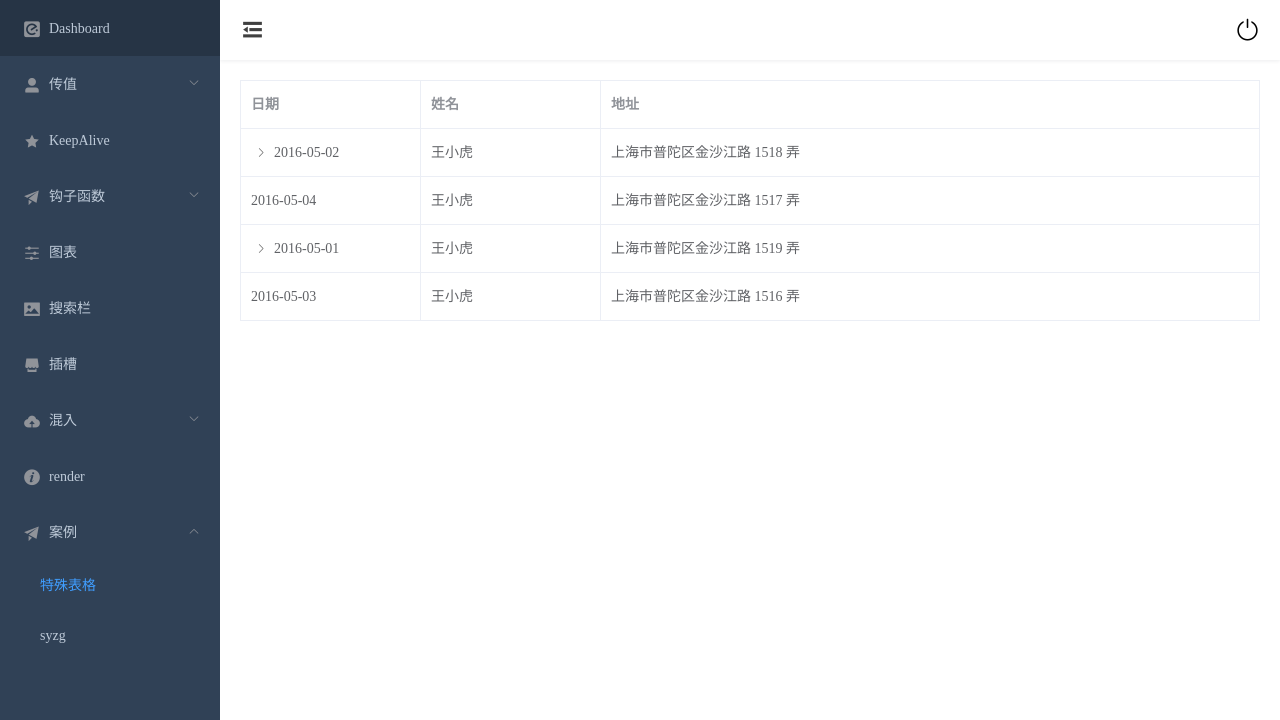
Repository: mrji0517/studyJs
Page: /instance/tableSpecail
The author's editor kept a copy of each file at every save. The page is drawn from the files as they stood at one save, then again after the next save.
The browser window is 1280 px wide. The pictures show the whole page.
The project was rebuilt for these pictures with package versions that can differ from the ones it lists, and the page was loaded fresh each time. Also part of the build but not shown: vue.config.js.

Above is the page before, as saved 2021-07-09 17:56:25.

### public/index.html
<!DOCTYPE html>
<html lang="">
  <head>
    <meta charset="utf-8">
    <meta http-equiv="X-UA-Compatible" content="IE=edge">
    <meta name="viewport" content="width=device-width,initial-scale=1.0">
    <link rel="icon" href="<%= BASE_URL %>favicon.ico">
    <title>Vue学习笔记</title>
  </head>
  <body>
    <noscript>
      <strong>We're sorry but <%= htmlWebpackPlugin.options.title %> doesn't work properly without JavaScript enabled. Please enable it to continue.</strong>
    </noscript>
    <div id="app"></div>
    <!-- built files will be auto injected -->
  </body>
</html>

### src/main.js
import Vue from 'vue'
import App from './App.vue'
import router from './router';
import store from './store';
import ElementUI from 'element-ui';
import 'element-ui/lib/theme-chalk/index.css';
import '@/scss/reset.scss';
import * as echarts from 'echarts';
import China from '@/assets/map/china.json';

Vue.use(ElementUI);

Vue.config.productionTip = false;
echarts.registerMap('china', China);
Vue.prototype.$echarts = echarts;

new Vue({
    render: h => h(App),
    router,
    store
}).$mount('#app')

### src/App.vue
<template>
  <div id="app">
    <router-view/>
  </div>
</template>

<script>

export default {
  name: 'App',
  components: {}
}
</script>

<style lang="scss">
html, body {
  width: 100%;
  height: 100%;

  #app {
    width: 100%;
    height: 100%;
    overflow: hidden;
  }
}
</style>

### src/router/index.js
import Vue from 'vue';
import VueRouter from 'vue-router';

Vue.use(VueRouter);
import Layout from '@/views/layout/index'

export const routes = [{
        path: '/login',
        name: 'Login',
        meta: {
            title: '登录',
            hide: true
        },
        component: () => import('@/views/login/login')
    },
    {
        path: '/',
        redirect: '/dashboard',
        meta: {
            title: '主页',
            hide: true
        },
    },
    {
        path: '/dashboard',
        meta: {
            icon: 'el-icon-platform-eleme',
            title: '主页',
        },
        component: Layout,
        children: [{
            path: '',
            name: 'dashboard',
            meta: {
                icon: 'el-icon-platform-eleme',
                title: 'Dashboard',
            },
            component: () => import('@/views/dashboard/dashboard')
        }]
    },
    {
        path: '/valueTransfer',
        redirect: '/valueTransfer/parentToChildren',
        meta: {
            icon: 'el-icon-user-solid',
            title: '传值',
        },
        component: Layout,
        children: [{
                path: 'parentToChildren',
                name: 'ParentToChildren',
                meta: {
                    title: '父传子',
                },
                component: () => import('@/views/valueTransfer/parentToChildren')
            },
            {
                path: 'childrenToParent',
                name: 'ChildrenToParent',
                meta: {
                    title: '子传父',
                },
                component: () => import('@/views/valueTransfer/childrenToParent')
            },
            {
                path: 'brotherToBrother',
                name: 'BrotherToBrother',
                meta: {
                    title: '兄弟传值',
                },
                component: () => import('@/views/valueTransfer/brotherToBrother')
            },
            {
                path: 'Provide',
                name: 'Provide',
                meta: {
                    title: 'provide/inject',
                },
                component: () => import('@/views/valueTransfer/provide')
            },
            {
                path: 'Vuex',
                name: 'Vuex',
                meta: {
                    title: 'Vuex传值',
                },
                component: () => import('@/views/valueTransfer/vuexTransfer')
            }
        ]
    },
    {
        path: '/keepAlive',
        meta: {
            title: '路由缓存',
            icon: 'el-icon-star-on'
        },
        component: Layout,
        children: [{
            path: '',
            name: 'KeepAlive',
            meta: {
                title: 'KeepAlive',
                icon: 'el-icon-star-on',
                keepAlive: true
            },
            component: () => import('@/views/keepAlive/keepAlive')
        }]
    },
    {
        path: '/hookFn',
        redirect: '/hookFn/life',
        meta: {
            title: '钩子函数',
            icon: 'el-icon-s-promotion'
        },
        component: Layout,
        children: [{
                path: 'life',
                name: 'Life',
                meta: {
                    title: '生命周期钩子',
                },
                component: () => import('@/views/hookFn/life')
            },
            {
                path: 'routing',
                name: 'Routing',
                meta: {
                    title: '路由钩子',
                },
                component: () => import('@/views/hookFn/routing')
            },
        ]
    },
    {
        path: '/chart',
        meta: {
            title: 'Chart',
            icon: 'el-icon-s-operation'
        },
        component: Layout,
        children: [{
            path: '',
            name: 'Bridge',
            meta: {
                title: '图表',
                icon: 'el-icon-s-operation'
            },
            component: () => import('@/views/chart/chart')
        }]
    },
    {
        path: '/search',
        meta: {
            title: '搜索栏',
            icon: 'el-icon-picture'
        },
        component: Layout,
        children: [{
            path: '',
            name: 'Search',
            meta: {
                title: '搜索栏',
                icon: 'el-icon-picture'
            },
            component: () => import('@/views/search/search')
        }]
    },
    {
        path: '/hole',
        meta: {
            title: '插槽',
            icon: 'el-icon-s-shop'
        },
        component: Layout,
        children: [{
            path: '',
            name: 'Hole',
            meta: {
                title: '插槽',
                icon: 'el-icon-s-shop'
            },
            component: () => import('@/views/hole/hole')
        }]
    },
    {
        path: '/mix',
        meta: {
            title: '混入',
            icon: 'el-icon-upload'
        },
        component: Layout,
        children: [{
                path: 'example1',
                name: 'Example1',
                meta: {
                    title: '组件1'
                },
                component: () => import('@/views/mix/example1')
            },
            {
                path: 'example2',
                name: 'Example2',
                meta: {
                    title: '组件2'
                },
                component: () => import('@/views/mix/example2')
            }
        ]
    },
    {
        path: '/render',
        meta: {
            title: 'render函数',
            icon: 'el-icon-info'
        },
        component: Layout,
        children: [{
            path: '',
            name: 'Render',
            meta: {
                title: 'render',
                icon: 'el-icon-info'
            },
            component: () => import('@/views/render/render')
        }]
    },
    {
        path: '/instance',
        meta: {
            icon: 'el-icon-s-promotion',
            title: '案例',
        },
        component: Layout,
        children: [{
            path: 'tableSpecail',
            name: 'tableSpecail',
            meta: {
                title: '特殊表格',
            },
            component: () => import('../views/instance/adidas/tableSpecail.vue')
        }, {
            path: 'syzg',
            name: 'syzg',
            meta: {
                title: 'syzg',
            },
            component: () => import('../views/instance/syzg/map.vue')
        }]
    },
]
const router = new VueRouter({
    mode: 'history',
    routes
})
export default router;

### src/store/index.js
import Vue from 'vue';
import Vuex from 'vuex';
import menu from './modules/menu';
import transfer from './modules/transfer';
import getters from './getters';

Vue.use(Vuex);

const store = new Vuex.Store({
    modules: {
        menu,
        transfer
    },
    getters
});
export default store;

### src/scss/reset.scss
html, body, div, span, applet, object, iframe,
h1, h2, h3, h4, h5, h6, p, blockquote, pre,
a, abbr, acronym, address, big, cite, code,
del, dfn, em, img, ins, kbd, q, s, samp,
small, strike, strong, sub, sup, tt, var,
b, u, i, center,
dl, dt, dd, ol, ul, li,
fieldset, form, label, legend,
table, caption, tbody, tfoot, thead, tr, th, td,
article, aside, canvas, details, embed,
figure, figcaption, footer, header, hgroup,
menu, nav, output, ruby, section, summary,
time, mark, audio, video {
  margin: 0;
  padding: 0;
  border: 0;
  //font-size: 100%;
  //font: inherit;
  vertical-align: baseline;
  box-sizing: border-box;
  text-decoration: none;
}

/* HTML5 display-role reset for older browsers */
article, aside, details, figcaption, figure,
footer, header, hgroup, menu, nav, section {
  display: block;
}

body {
  line-height: 1;
}

ol, ul {
  list-style: none;
}

blockquote, q {
  quotes: none;
}

blockquote:before, blockquote:after,
q:before, q:after {
  content: '';
  content: none;
}

table {
  border-collapse: collapse;
  border-spacing: 0;
}

// 全局修改element-ui 样式
.el-scrollbar__wrap {
  overflow-x: hidden;
}

.el-dialog__header {
  cursor: move;
}
.el-scrollbar__view{
  width: 100%;
  height: 100%;
}

### src/views/layout/index.vue
<template>
  <el-container>
    <SideBar />
    <el-container>
      <el-header>
        <div class="hamburger" @click="isCollapseMenu">
          <i class="el-icon-s-unfold" v-if="flag"></i>
          <i class="el-icon-s-fold" v-else></i>
        </div>
        <div class="logout" @click="logout">
          <i class="el-icon-switch-button"></i>
        </div>
      </el-header>
      <el-scrollbar style="height: 100%">
        <el-main>
          <transition name="fade-transform" mode="out-in">
            <keep-alive :include="alives">
              <router-view :key="$route.fullPath" />
            </keep-alive>
          </transition>
        </el-main>
      </el-scrollbar>
    </el-container>
  </el-container>
</template>

<script>
import SideBar from "./components/sideBar";
import { mapMutations } from "vuex";

export default {
  name: "index",
  components: {
    SideBar,
  },
  data() {
    return {
      flag: false,
      alives: ["keepAlive"],
    };
  },
  methods: {
    ...mapMutations({
      updateCollapse: "menu/UPDATE_ISCOLLAPSE",
    }),
    isCollapseMenu() {
      this.flag = !this.flag;
      this.updateCollapse(this.flag);
    },
    logout() {
      this.$router.replace("/login");
    },
  },
};
</script>

<style lang="scss" scoped>
.el-container {
  height: 100%;
  .el-header {
    height: 50px;
    box-shadow: 0 1px 4px rgb(0 21 41 / 8%);
    display: flex;
    align-items: center;
    justify-content: space-between;

    .hamburger {
      display: inline-block;
      font-size: 25px;
      cursor: pointer;
      color: #404040;
    }

    .logout {
      font-size: 25px;
      cursor: pointer;

      &:hover {
        color: #f56c6c;
      }

      &:active {
        transform: translateY(2px);
      }
    }
  }
  .el-main{
    width: 100%;
    height: 100%;
    overflow: hidden;
  }
  .fade-transform-leave-active,
  .fade-transform-enter-active {
    transition: all 0.5s;
  }

  .fade-transform-enter {
    opacity: 0;
    transform: translateX(-30px);
  }

  .fade-transform-leave-to {
    opacity: 0;
    transform: translateX(30px);
  }
}
</style>

### src/views/instance/adidas/tableSpecail.vue
<template>
  <el-table
    :data="tableData"
    style="width: 100%"
    row-key="id"
    border
    lazy
    :load="load"
    :tree-props="{ children: 'children', hasChildren: 'hasChildren' }"
  >
    <el-table-column prop="date" label="日期" width="180"> </el-table-column>
    <el-table-column prop="name" label="姓名" width="180"> </el-table-column>
    <el-table-column prop="address" label="地址"> </el-table-column>
  </el-table>
</template>

<script>
export default {
  name: "tableSpeacail",
  data() {
    return {
      tableData: [
        {
          id: 1,
          date: "2016-05-02",
          name: "王小虎",
          address: "上海市普陀区金沙江路 1518 弄",
          hasChildren: true,
        },
        {
          id: 2,
          date: "2016-05-04",
          name: "王小虎",
          address: "上海市普陀区金沙江路 1517 弄",
        },
        {
          id: 3,
          date: "2016-05-01",
          name: "王小虎",
          address: "上海市普陀区金沙江路 1519 弄",
          hasChildren: true,
        },
        {
          id: 4,
          date: "2016-05-03",
          name: "王小虎",
          address: "上海市普陀区金沙江路 1516 弄",
        },
      ],
    };
  },
  methods: {
    load(tree, treeNode, resolve) {
      let content;
      if (tree.id == 1) {
        content = [
          {
            id: 11,
            date: "2016-05-01",
            name: "alex",
            address: "上海市普陀区金沙江路 1519 弄",
          },
          {
            id: 12,
            date: "2016-05-01",
            name: "alex",
            address: "上海市普陀区金沙江路 1519 弄",
          },
        ];
      } else {
        content = [
          {
            id: 31,
            date: "2016-05-01",
            name: "blex",
            address: "上海市普陀区金沙江路 1519 弄",
          },
          {
            id: 32,
            date: "2016-05-01",
            name: "blex",
            address: "上海市普陀区金沙江路 1519 弄",
          },
        ];
      }
      setTimeout(() => {
        resolve(content);
      }, 1000);
    },
  },
};
</script>

<style>
</style>

### src/store/modules/menu.js
export default {
    namespaced: true,
    state: {
        isCollapse: false
    },
    mutations: {
        UPDATE_ISCOLLAPSE: (state, bool) => {
            state.isCollapse = bool;
        }
    },
    actions: {}
}

### src/store/modules/transfer.js
export default {
    namespaced: true,
    state: {
        val: 'Hello World!!!'
    },
    mutations: {
        UPDATE_VAL: (state, str) => {
            state.val = str;
        }
    },
    actions: {}
}

### src/store/getters.js
const getters = {
    isCollapse: state => state.menu.isCollapse,
    val: state => state.transfer.val,
}
export default getters;

### src/views/layout/components/sideBar.vue
<template>
  <el-scrollbar>
    <el-menu class="el-menu-vertical-demo"
             background-color="#304156"
             text-color="#bfcbd9"
             :collapse="isCollapse"
             :default-active="activeIndex"
    >
      <sideItem
          v-for="(route,index) in routeData"
          :key="index"
          :item="route"
          :basePath="route.path"
      ></sideItem>
    </el-menu>
  </el-scrollbar>
</template>

<script>
import {routes} from '@/router/index';
import sideItem from "@/views/layout/components/sideItem";
import {mapGetters} from 'vuex';

export default {
  name: "sideBar",
  components: {
    sideItem
  },
  data() {
    return {
      routeData: routes,
      activeIndex: this.$route.path
    }
  },
  computed: {
    ...mapGetters(['isCollapse'])
  },
}
</script>

<style lang="scss" scoped>
.el-scrollbar {
  height: 100%;
  background: #304156;

  .el-menu {
    border: none;
  }

  .el-menu-vertical-demo:not(.el-menu--collapse) {
    width: 220px;
    min-height: 400px;
    overflow-x: hidden;
  }

  /*隐藏文字*/
  ::v-deep .el-menu--collapse .el-submenu__title span {
    display: none;
  }

  /*隐藏 > */
  ::v-deep .el-menu--collapse .el-submenu__title .el-submenu__icon-arrow {
    display: none;
  }
}
</style>

### src/views/layout/components/sideItem.vue
<template>
  <div v-if="!item.meta.hide">
    <template v-if="hasOneShowingChild(item.children, item)">
      <router-link :to="resolvePath(oneChild)">
        <el-menu-item :index="resolvePath(oneChild)">
          <i :class="oneChild.meta.icon"></i>
          <span slot="title">{{ oneChild.meta.title }}</span>
        </el-menu-item>
      </router-link>
    </template>
    <el-submenu v-else :index="item.path">
      <template slot="title">
        <i :class="item.meta.icon"></i>
        <span slot="title">{{ item.meta.title }}</span>
      </template>
      <sideItem
          v-for="child in item.children"
          :key="child.path"
          :item="child"
          :base-path="resolvePath(child)"
      />
    </el-submenu>
  </div>
</template>

<script>
import path from "path";

export default {
  name: "sideItem",
  props: {
    item: Object,
    basePath: String,
  },
  data() {
    return {
      oneChild: {}
    }
  },
  methods: {
    hasOneShowingChild(child = [], parent) {
      // 筛选出不隐藏的子菜单
      const showingChild = child.filter(x => {
        if (x.meta.hide) {
          return false;
        } else {
          this.oneChild = x;
          return true;
        }
      });
      if (showingChild.length === 1) {
        return true;
      }
      if (showingChild.length === 0) {
        this.oneChild = {...parent, path: '', noShowingChildren: true}
        return true;
      }
      return false;
    },
    /**
     * 将子菜单path解析成绝对路径
     * @param childPath
     * @returns {string}
     */
    resolvePath(child) {
      return path.resolve(this.basePath, child.path);
    }
  }
}
</script>

<style lang="scss" scoped>

</style>

Loaded but not shown: src/assets/map/china.json (1 lines, source omitted)

After the next save:
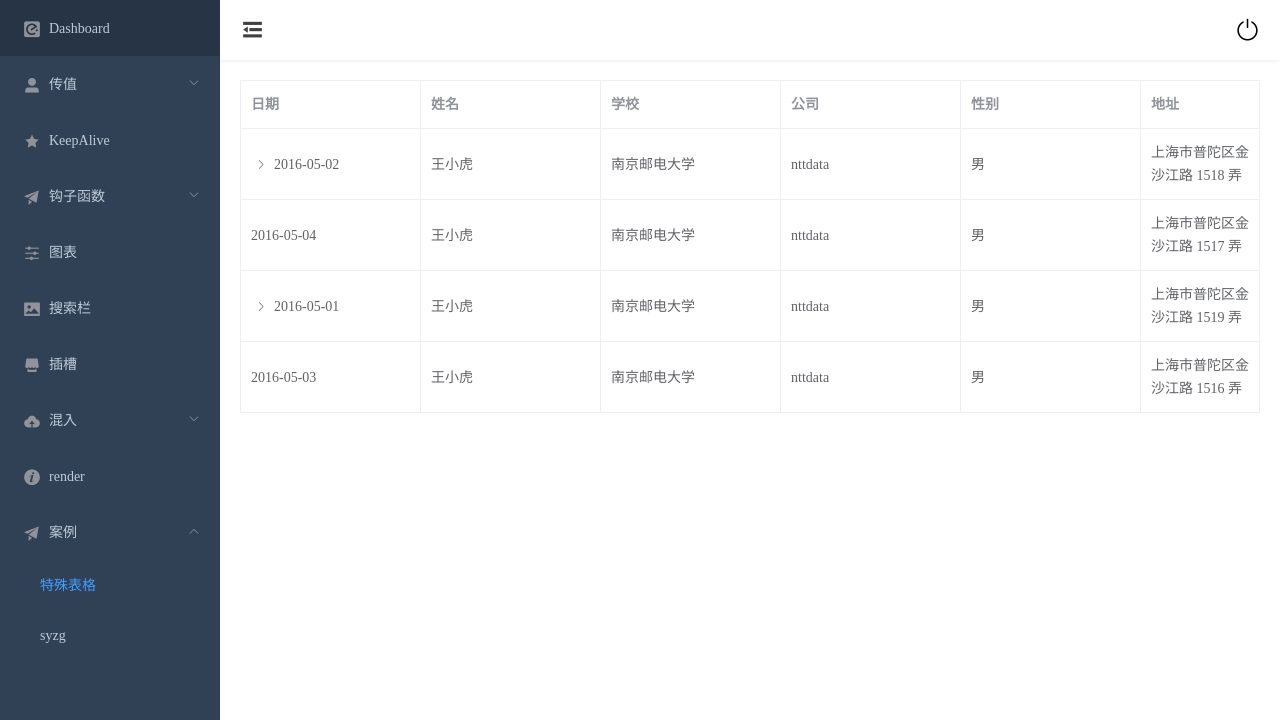
Saved 3 min 26 s later.
--- a/src/views/instance/adidas/tableSpecail.vue
+++ b/src/views/instance/adidas/tableSpecail.vue
@@ -10,6 +10,9 @@
   >
     <el-table-column prop="date" label="日期" width="180"> </el-table-column>
     <el-table-column prop="name" label="姓名" width="180"> </el-table-column>
+    <el-table-column prop="school" label="学校" width="180"> </el-table-column>
+    <el-table-column prop="job" label="公司" width="180"> </el-table-column>
+    <el-table-column prop="sex" label="性别" width="180"> </el-table-column>
     <el-table-column prop="address" label="地址"> </el-table-column>
   </el-table>
 </template>
@@ -24,6 +27,9 @@ export default {
           id: 1,
           date: "2016-05-02",
           name: "王小虎",
+          school:"南京邮电大学",
+          job:"nttdata",
+          sex:"男",
           address: "上海市普陀区金沙江路 1518 弄",
           hasChildren: true,
         },
@@ -31,12 +37,18 @@ export default {
           id: 2,
           date: "2016-05-04",
           name: "王小虎",
+          school:"南京邮电大学",
+          job:"nttdata",
+          sex:"男",
           address: "上海市普陀区金沙江路 1517 弄",
         },
         {
           id: 3,
           date: "2016-05-01",
           name: "王小虎",
+          school:"南京邮电大学",
+          job:"nttdata",
+          sex:"男",
           address: "上海市普陀区金沙江路 1519 弄",
           hasChildren: true,
         },
@@ -44,6 +56,9 @@ export default {
           id: 4,
           date: "2016-05-03",
           name: "王小虎",
+          school:"南京邮电大学",
+          job:"nttdata",
+          sex:"男",
           address: "上海市普陀区金沙江路 1516 弄",
         },
       ],
